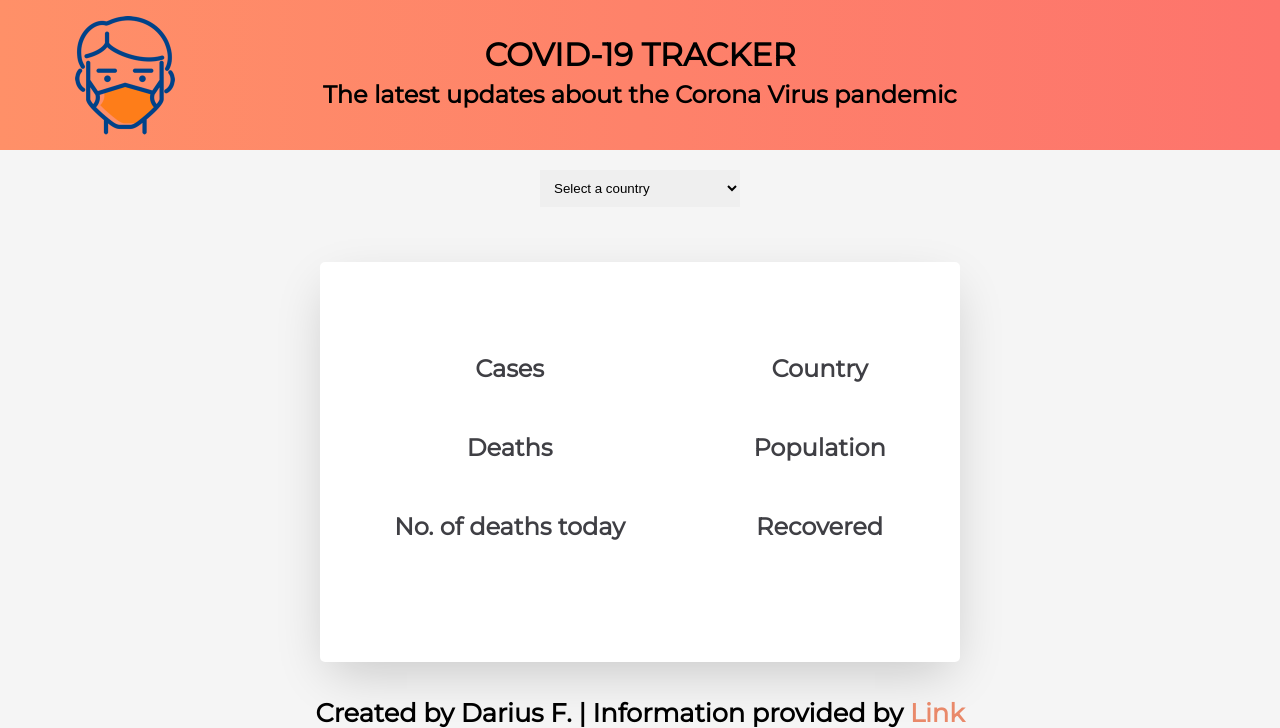
Repository: dariusfarcasanu/Covid-Tracker
Page: index.html
An editor plug-in stored every save of this project. The page is shown before and after the next save, followed by the edit.
The browser window is 1280 px wide. The pictures show the whole page.
The page's requests for data from a server got no answer.

Above is the page before, as saved 2021-05-12 16:19:08.

### index.html
<!DOCTYPE html>
<html lang="en">
  <head>
    <meta charset="UTF-8" />
    <meta http-equiv="X-UA-Compatible" content="IE=edge" />
    <meta name="viewport" content="width=device-width, initial-scale=1.0" />
    <link rel="preconnect" href="https://fonts.gstatic.com" />
    <link
      href="https://fonts.googleapis.com/css2?family=Montserrat&display=swap"
      rel="stylesheet"
    />
    <link rel="stylesheet" href="styles.css" />
    <title>Covid-19 Tracker</title>
  </head>
  <body>
    <header>
      <div class="image-container">
        <img src="rouska-covid.png" alt="" />
      </div>
      <div class="title">
        <h1>Covid-19 Tracker</h1>
        <h2>The latest updates about the Corona Virus pandemic</h2>
      </div>
    </header>
    <div class="container">
      <div class="select-container">
        <select onchange="getData(value)">
          <option value="" disabled selected hidden>Select a country</option>
        </select>
      </div>
      <div class="data-container">
        <div class="stats-container">
          <h4>Cases</h4>
          <h3 id="cases"></h3>
          <h4>Deaths</h4>
          <h3 id="deaths"></h3>
          <h4>No. of deaths today</h4>
          <h3 id="today"></h3>
        </div>

        <div class="location-container">
          <h4>Country</h4>
          <h3 id="country"></h3>
          <h4>Population</h4>
          <h3 id="population"></h3>
          <h4>Recovered</h4>
          <h3 id="recovered"></h3>
        </div>
      </div>
      <div class="footer">
        <h1>
          Created by Darius F. | Information provided by
          <a href="https://systems.jhu.edu/research/public-health/ncov/"
            >Link</a
          >
        </h1>
      </div>
    </div>
    <script src="index.js"></script>
  </body>
</html>

### styles.css
* {
  padding: 0;
  margin: 0;
  box-sizing: border-box;
}

body {
  height: 100vh;
  font-family: 'Montserrat', sans-serif;
  background-color: whitesmoke;
}

h4,
h3 {
  font-size: 1.5rem;
  padding: 10px;
  margin-bottom: 5px;
}

h3 {
  font-weight: 300;
}

header {
  background: linear-gradient(to right, #ff9068, #fd746c);
  text-align: center;
  line-height: 2.5rem;
  height: 150px;
  padding: 20px;
  display: flex;
  justify-content: center;
  position: relative;
}

.image-container img {
  position: absolute;
  top: 0;
  left: 50px;
  max-width: 100%;
  display: block;
  height: auto;
  width: 150px;
}

.title {
  /* margin-left: 250px; */
  text-align: center;
  display: flex;
  flex-direction: column;
  align-items: center;
  justify-content: center;
}
.title h1 {
  text-transform: uppercase;
}

.select-container {
  padding: 20px;
  text-align: center;
}

.select-container select {
  padding: 10px;
  border: none;
  width: 200px;
  outline: none;
}

.data-container {
  background-color: white;
  height: 400px;
  width: 50%;
  margin: 35px auto 35px;
  padding: 10px;
  display: flex;
  justify-content: space-around;
  align-items: center;
  text-align: center;
  box-shadow: rgba(0, 0, 0, 0.2) 0px 18px 50px -10px;
  border-radius: 5px;
  color: #3f3f44;
  z-index: 100;
}

.footer {
  text-align: center;
  font-size: 0.8rem;
}

.footer a {
  text-decoration: none;
  color: #e9896a;
}

.footer a:hover {
  color: black;
}

@media screen and (max-width: 960px) {
  header {
    flex-direction: column;
  }

  .title {
    margin: 0;
  }

  .image-container {
    margin: 0 auto;
  }
}

@media screen and (max-width: 800px) {
  .data-container {
    flex-direction: column;
    height: 700px;
    justify-content: center;
  }
}

### index.js
window.onload = function () {
  getCovidCountries();
};

const selectTag = document.querySelector('select');
const country = document.getElementById('country');
const cases = document.getElementById('cases');
const population = document.getElementById('population');
const recovered = document.getElementById('recovered');
const deaths = document.getElementById('deaths');
const today = document.getElementById('today');
//We created a function that gets the countries from the API
//and adds them to the select options

function getCovidCountries() {
  fetch('https://corona.lmao.ninja/v2/countries')
    .then(resp => resp.json())
    .then(data => {
      data.map(data => {
        let country = data.country;

        let option = document.createElement('option');
        option.value = country;
        option.text = country;
        selectTag.appendChild(option);
      });
    })
    .catch(err => console.log(err));
}

//Function to fetch the data from the external API and add the
//data to the interface

function getData() {
  fetch(`https://corona.lmao.ninja/v2/countries/${selectTag.value}`)
    .then(resp => resp.json())
    .then(data => {
      let countryData = data.country;
      let casesData = data.cases;
      let populationData = data.population;
      let recoveredData = data.recovered;
      let deathsData = data.deaths;
      let todayData = data.todayDeaths;

      country.innerHTML = countryData;
      cases.innerHTML = casesData.toLocaleString('en');
      population.innerHTML = populationData.toLocaleString('en');
      recovered.innerHTML = recoveredData.toLocaleString('en');
      deaths.innerHTML = deathsData.toLocaleString('en');
      today.innerHTML = todayData.toLocaleString('en');
    })

    .catch(err => console.log(err));
}

After the next save:
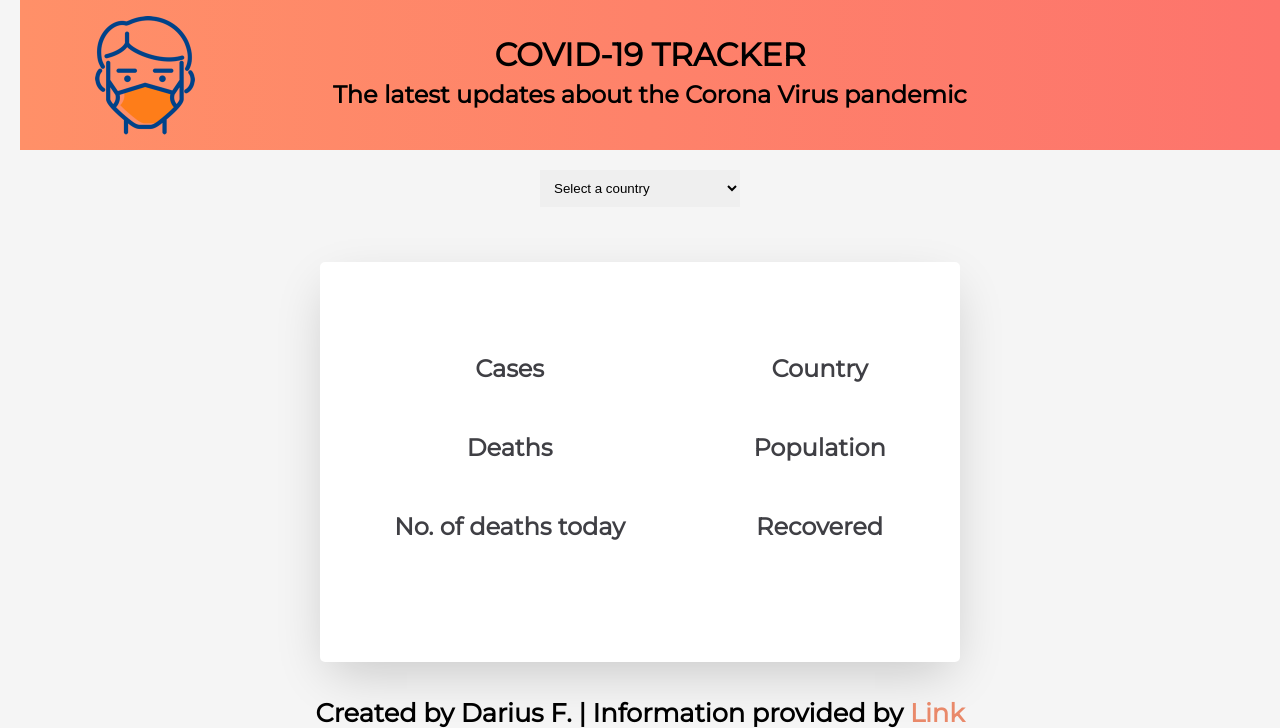
Saved 50 s later.
--- a/styles.css
+++ b/styles.css
@@ -30,6 +30,7 @@
   display: flex;
   justify-content: center;
   position: relative;
+  margin-left: 20px;
 }
 
 .image-container img {

After the save that followed:
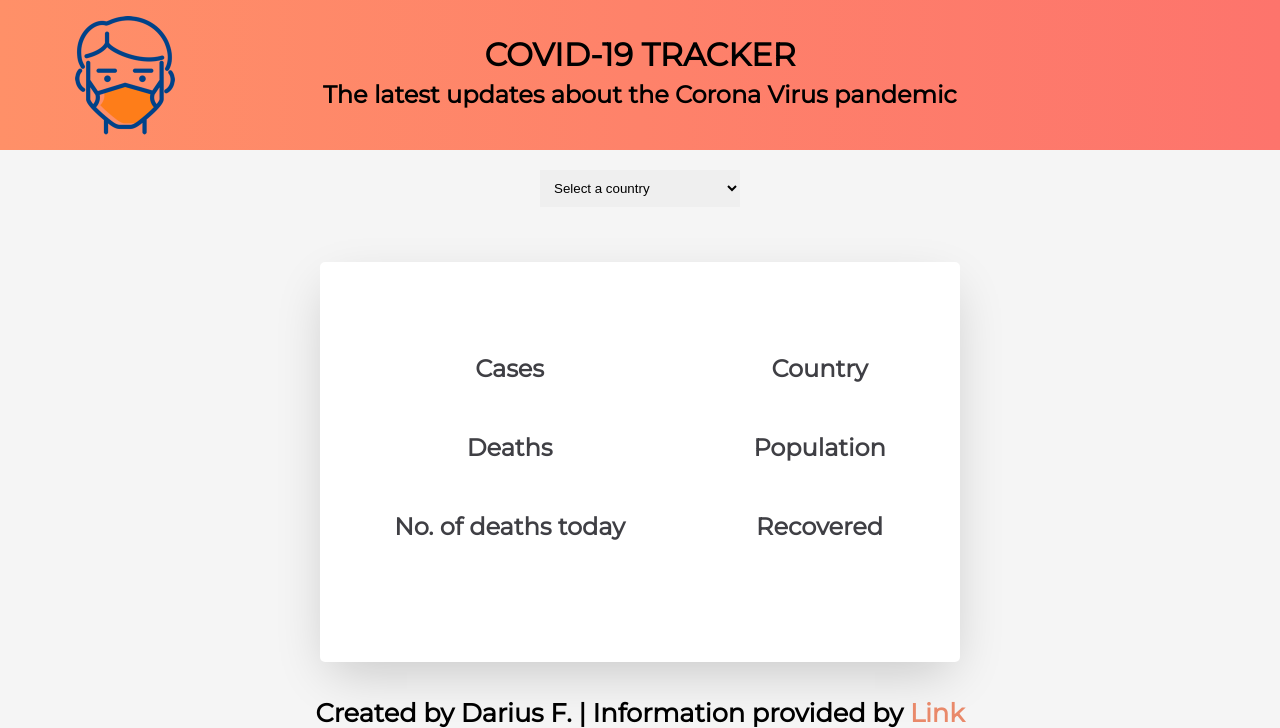
Saved 7 s later.
--- a/styles.css
+++ b/styles.css
@@ -30,7 +30,6 @@
   display: flex;
   justify-content: center;
   position: relative;
-  margin-left: 20px;
 }
 
 .image-container img {
